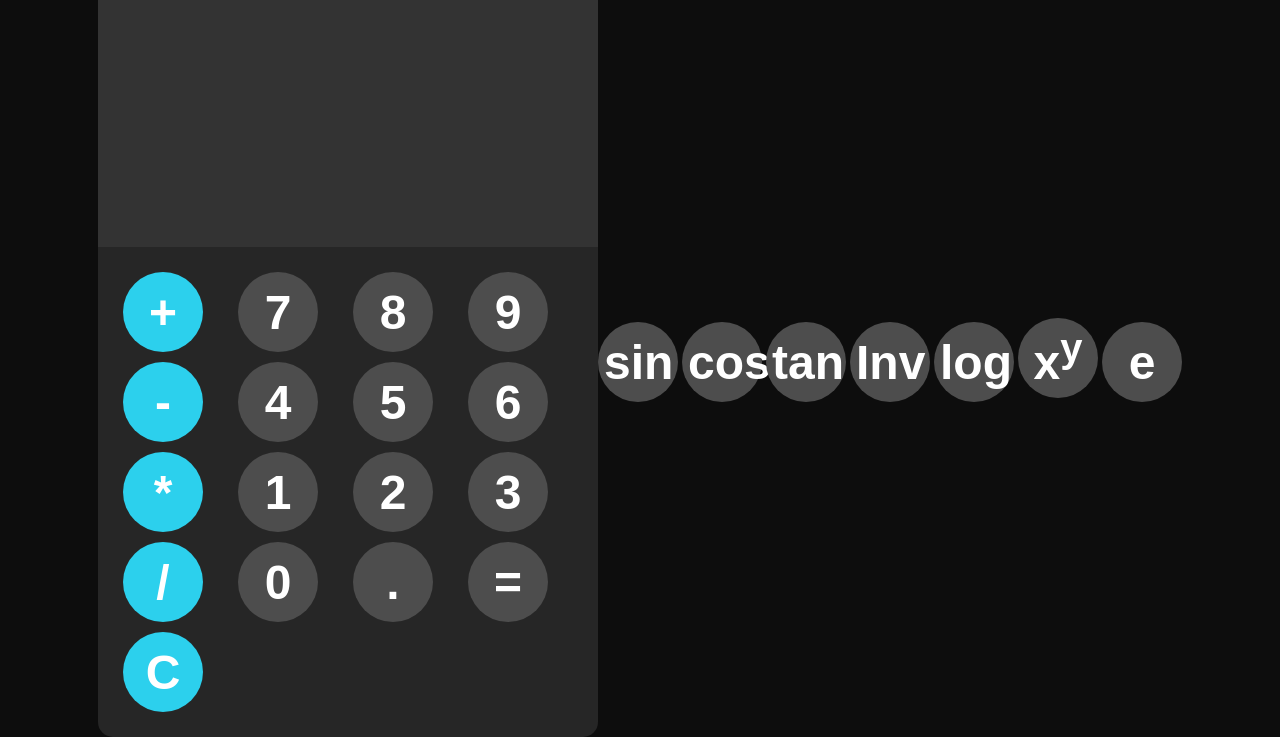
Repository: Haakim19/JavaScript
Page: Calculater/Main.html
These files come from the project's save history. The page is drawn as it stood at one moment and after the next save; the edit follows.
The browser window is 1280 px wide. The pictures show the whole page.

Above is the page before, as saved 2024-10-23 09:33:16.

After the next save:
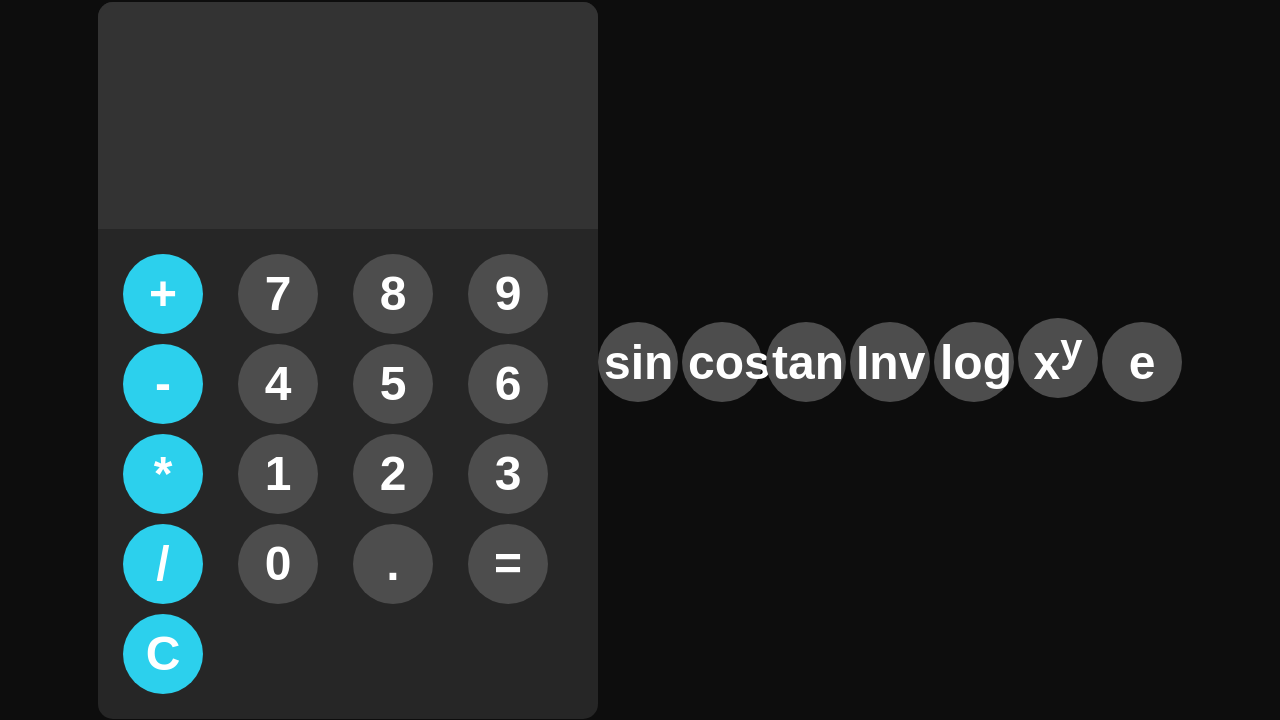
Saved 11 s later.
--- a/Calculater/Main.css
+++ b/Calculater/Main.css
@@ -16,7 +16,7 @@ body{
 #display1{
     width: 100%;
     padding: 20px;
-    font-size: 5rem;
+    font-size: 3rem;
     border: none;
     text-align: left;
     padding-right: -15px;
